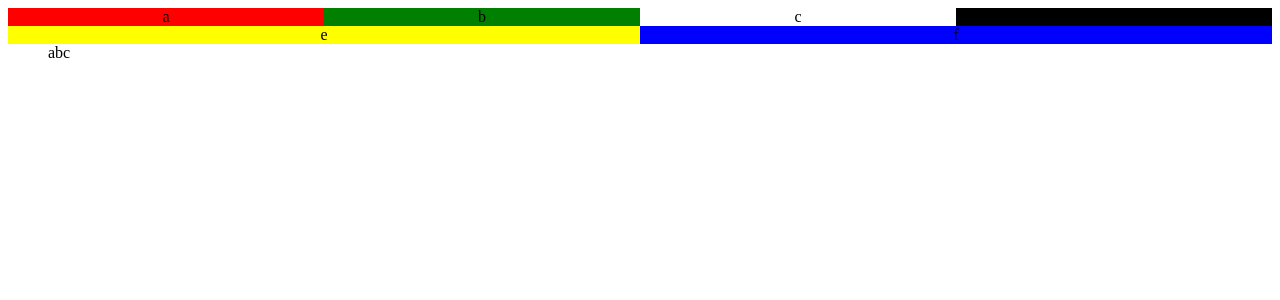
Repository: SilverSharkDeveloper/HTML-CSS-Study
Page: html/workspace/day04/WebContent/inline-block.html
These files come from the project's save history. The page is drawn as it stood at one moment and after the next save; the edit follows.
The browser window is 1280 px wide. The pictures show the whole page.

Above is the page before, as saved 2023-03-13 10:33:45.

After the next save:
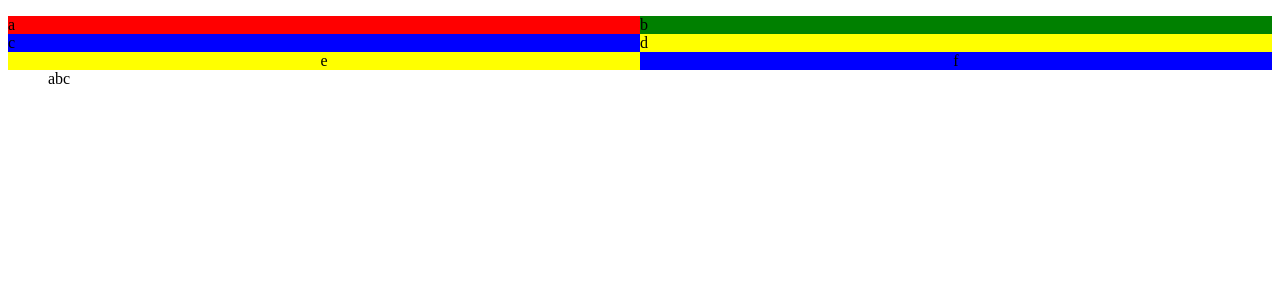
Saved 3 min 50 s later.
--- a/html/workspace/day04/WebContent/inline-block.html
+++ b/html/workspace/day04/WebContent/inline-block.html
@@ -7,7 +7,11 @@
 <body>
 
 		<div>
-		<div style = "display : inline-block ; background :red; text-align : center; width : 25%" >a</div><div style = "display : inline-block ; background :green; text-align : center; width : 25%" >b</div><div style = "display : inline-block ; background :white; text-align : center; width : 25%" >c</div><div style = "display : inline-block ; background :black; text-align : center; width : 25%" >d</div>
+		<!--<div style = "display : inline-block ; background :red; text-align : center; width : 25%" >a</div><div style = "display : inline-block ; background :green; text-align : center; width : 25%" >b</div><div style = "display : inline-block ; background :white; text-align : center; width : 25%" >c</div><div style = "display : inline-block ; background :black; text-align : center; width : 25%" >d</div>-->
+			<div style = "float : left ; width : 50% ; background :red ">a</div>
+			<div style = "float : left ; width : 50% ; background :green ">b</div>
+			<div style = "float : left ; width : 50% ; background : blue">c</div>
+			<div style = "float : left ; width : 50% ; background : yellow">d</div>
 		</div>
 
 		<div>
